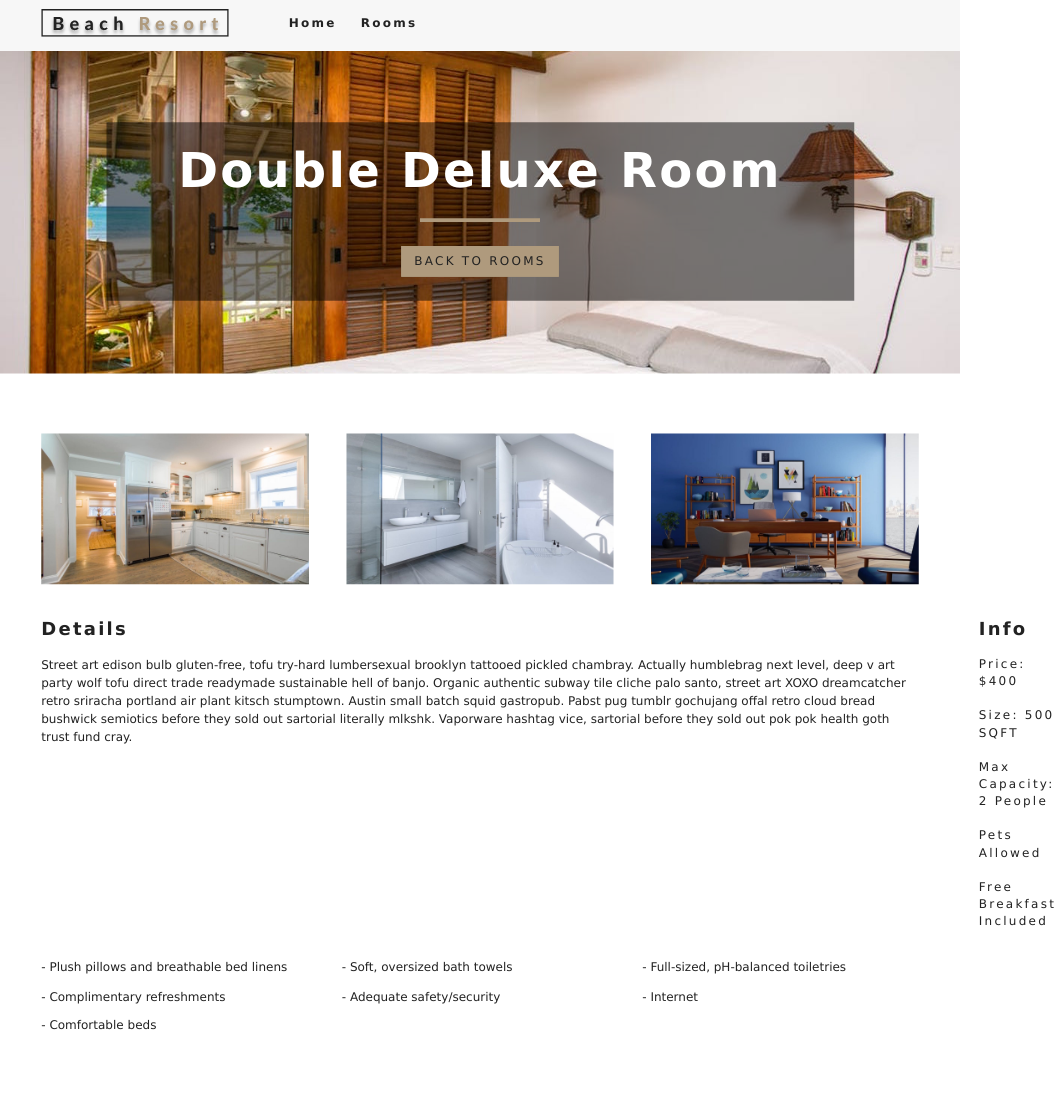
Repository: thanhn379/react-beach-resort
Page: /rooms/double-deluxe
These files come from the project's save history. The page is drawn as it stood at one moment and after the next save; the edit follows.
The browser window is 1280 px wide. The page is 1408 px wide, so the pictures cover 1408 px, including what lies to the right of the window. The pictures show the whole page, at 75% of full size.
The project was rebuilt for these pictures with package versions that can differ from the ones it lists, and the page was loaded fresh each time. Also part of the build but not shown: src/components/Hero.js, src/components/Title.js, src/components/Services.js, src/components/Loading.js, src/components/Room.js, src/components/FeaturedRooms.js, src/pages/Home.js, src/pages/Rooms.js and 1 more.

Above is the page before, as saved 2019-11-16 07:32:05.

### public/index.html
<!DOCTYPE html>
<html lang="en">
  <head>
    <meta charset="utf-8" />
    <link rel="icon" href="%PUBLIC_URL%/favicon.ico" />
    <meta name="viewport" content="width=device-width, initial-scale=1" />
    <meta name="theme-color" content="#000000" />
    <meta
      name="description"
      content="Web site created using create-react-app"
    />
    <link rel="apple-touch-icon" href="logo192.png" />
    <!--
      manifest.json provides metadata used when your web app is installed on a
      user's mobile device or desktop. See https://developers.google.com/web/fundamentals/web-app-manifest/
    -->
    <link rel="manifest" href="%PUBLIC_URL%/manifest.json" />
    <!--
      Notice the use of %PUBLIC_URL% in the tags above.
      It will be replaced with the URL of the `public` folder during the build.
      Only files inside the `public` folder can be referenced from the HTML.

      Unlike "/favicon.ico" or "favicon.ico", "%PUBLIC_URL%/favicon.ico" will
      work correctly both with client-side routing and a non-root public URL.
      Learn how to configure a non-root public URL by running `npm run build`.
    -->
    <title>Resort recording</title>
  </head>
  <body>
    <noscript>You need to enable JavaScript to run this app.</noscript>
    <div id="root"></div>
    <!--
      This HTML file is a template.
      If you open it directly in the browser, you will see an empty page.

      You can add webfonts, meta tags, or analytics to this file.
      The build step will place the bundled scripts into the <body> tag.

      To begin the development, run `npm start` or `yarn start`.
      To create a production bundle, use `npm run build` or `yarn build`.
    -->
  </body>
</html>

### src/index.js
import React from "react";
import ReactDOM from "react-dom";
import { BrowserRouter as Router } from "react-router-dom";
// import './index.css';
import App from "./App";
import * as serviceWorker from "./serviceWorker";
import { RoomProvider } from "./context";

ReactDOM.render(
  <RoomProvider>
    <Router>
      <App />
    </Router>
  </RoomProvider>,
  document.getElementById("root")
);

// If you want your app to work offline and load faster, you can change
// unregister() to register() below. Note this comes with some pitfalls.
// Learn more about service workers: https://bit.ly/CRA-PWA
serviceWorker.unregister();

### src/App.js
import React from "react";
import "./App.css";

import NavBar from "./components/NavBar";

import Home from "./pages/Home";
import Rooms from "./pages/Rooms";
import SingleRoom from "./pages/SingleRoom";
import Error from "./pages/Error";

import { Route, Switch } from "react-router-dom";

function App() {
  return (
    <>
      <NavBar />
      <Switch>
        <Route exact path="/" component={Home} />
        <Route exact path="/rooms/" component={Rooms} />
        <Route exact path="/rooms/:slug/" component={SingleRoom} />
        <Route component={Error} />
      </Switch>
    </>
  );
}

export default App;

### src/context.js
import React, { Component } from "react";
import items from "./data";

const RoomContext = React.createContext();

class RoomProvider extends Component {
  state = { rooms: [], sortedRooms: [], featuredRooms: [], loading: true };

  //getData

  componentDidMount() {
    // this.getData
    let rooms = this.formatData(items);
    let featuredRooms = rooms.filter(room => room.featured === true);

    this.setState({ rooms, featuredRooms, sortedRooms: rooms, loading: false });
  }

  formatData(items) {
    let tempItems = items.map(item => {
      let id = item.sys.id;
      let images = item.fields.images.map(image => image.fields.file.url);

      let room = { ...item.fields, images, id };

      return room;
    });

    return tempItems;
  }

  getRoom = slug => {
    let tempRooms = [...this.state.rooms];
    const room = tempRooms.find(room => room.slug === slug);
    return room;
  };

  render() {
    return (
      <RoomContext.Provider value={{ ...this.state, getRoom: this.getRoom }}>
        {this.props.children}
      </RoomContext.Provider>
    );
  }
}

const RoomConsumer = RoomContext.Consumer;

export { RoomProvider, RoomConsumer, RoomContext };

### src/components/NavBar.js
import React, { Component } from "react";
import Logo from "../images/logo.svg";
import { FaAlignRight } from "react-icons/fa";
import { Link } from "react-router-dom";

export default class NavBar extends Component {
  state = {
    isOpen: false
  };
  handleToggle = () => {
    this.setState({ isOpen: !this.state.isOpen });
  };
  render() {
    return (
      <nav className="navbar">
        <div className="nav-center">
          <div className="nav-header">
            <Link to="/">
              <img src={Logo} alt="Beach Resort" />
            </Link>
            <button
              type="button"
              className="nav-btn"
              onClick={this.handleToggle}
            >
              <FaAlignRight className="nav-icon" />
            </button>
          </div>
          <ul
            className={this.state.isOpen ? "nav-links show-nav" : "nav-links"}
          >
            <li>
              <Link to="/">Home</Link>
            </li>
            <li>
              <Link to="/rooms">Rooms</Link>
            </li>
          </ul>
        </div>
      </nav>
    );
  }
}

### src/pages/SingleRoom.js
import React, { Component } from "react";
import defaultBcg from "../images/room-1.jpeg";
import Hero from "../components/Hero";
import Banner from "../components/Banner";
import { Link } from "react-router-dom";
import { RoomContext } from "../context";
import StyledHero from "../components/StyledHero";

export default class SingleRoom extends Component {
  constructor(props) {
    super(props);
    this.state = {
      slug: this.props.match.params.slug,
      defaultBcg
    };
  }

  static contextType = RoomContext;

  render() {
    const { getRoom } = this.context;
    let room = getRoom(this.state.slug);

    if (!room) {
      return (
        <div className="error">
          <h3>no search room could be found...</h3>
          <Link to="/rooms" className="btn-primary">
            back to rooms
          </Link>
        </div>
      );
    }

    const {
      name,
      description,
      capacity,
      size,
      price,
      extrasbreakfast,
      pets,
      breakfast,
      images,
      extras
    } = room;

    let [mainImg, ...defaultImg] = images;

    return (
      <>
        <StyledHero img={mainImg || this.state.defaultBcg}>
          <Banner title={`${name} room`}>
            <Link to="/rooms" className="btn-primary">
              back to rooms
            </Link>
          </Banner>
        </StyledHero>

        <section className="single-room">
          <div className="single-room-images">
            {defaultImg.map((item, index) => {
              return <img key={index} src={item} alt={name} />;
            })}
          </div>

          <div className="single-room-info">
            <article className="desc">
              <h3>details</h3>
              <p>{description}</p>
            </article>
            <article className="info">
              <h3>info</h3>
              <h6>price: ${price}</h6>
              <h6>size: {size} SQFT</h6>
              <h6>
                max capacity: {capacity} {capacity > 1 ? " People" : " Person"}
              </h6>
              <h6>{pets ? "pets allowed" : "no pets allowed"}</h6>
              <h6>{breakfast && "free breakfast included"}</h6>
            </article>
            <article className="room-extras">
              <ul className="extras">
                {extras.map((item, index) => {
                  return <li key={index}>- {item}</li>;
                })}
              </ul>
            </article>
          </div>
        </section>
      </>
    );
  }
}

Loaded but not shown: src/serviceWorker.js (common file); src/App.css (common file); src/components/Banner.js (common file); src/components/StyledHero.js (common file); src/data.js (760 lines, source omitted)

After the next save:
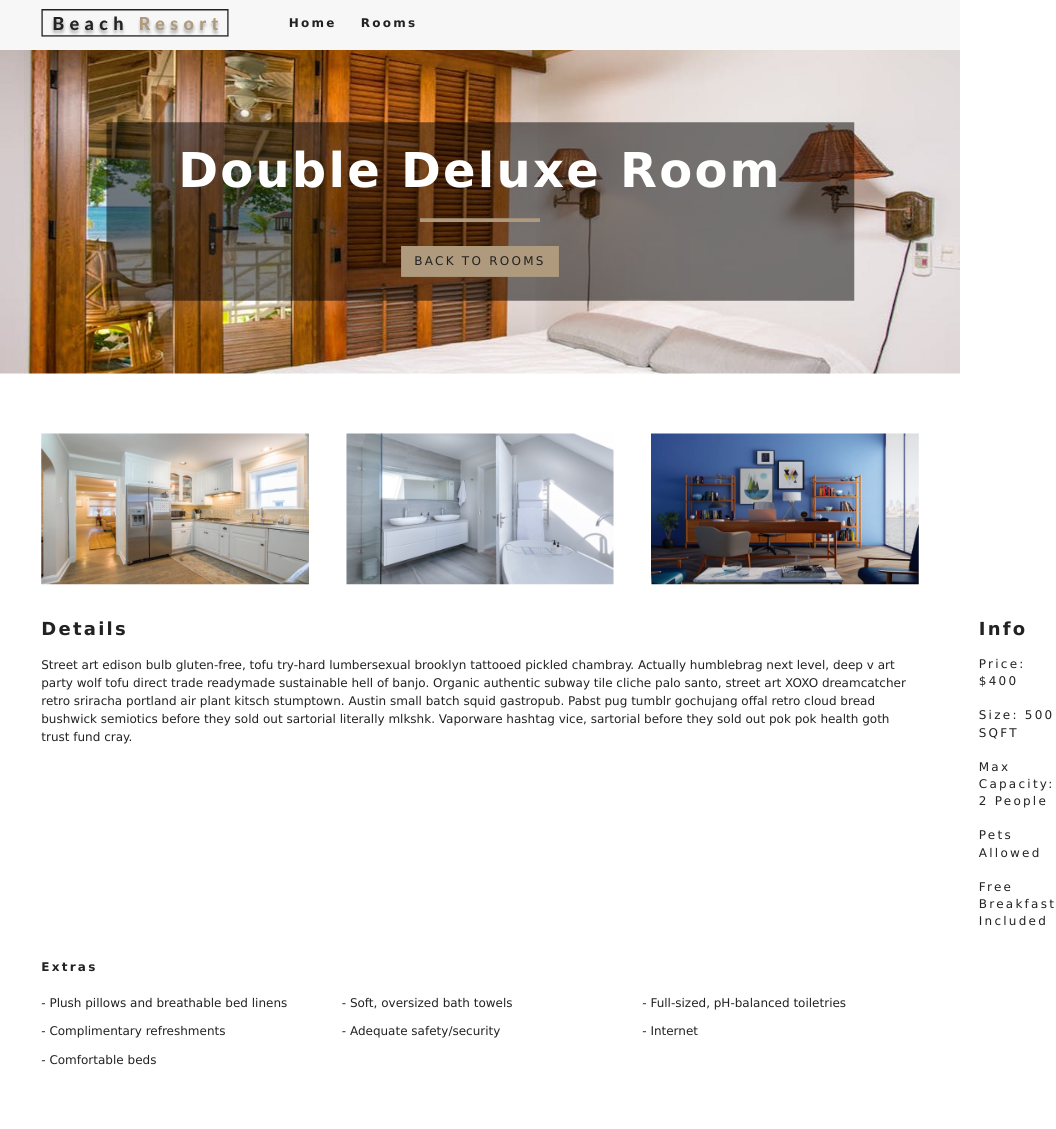
Saved 25 s later.
--- a/src/pages/SingleRoom.js
+++ b/src/pages/SingleRoom.js
@@ -80,6 +80,7 @@ export default class SingleRoom extends Component {
               <h6>{breakfast && "free breakfast included"}</h6>
             </article>
             <article className="room-extras">
+              <h6>extras</h6>
               <ul className="extras">
                 {extras.map((item, index) => {
                   return <li key={index}>- {item}</li>;
